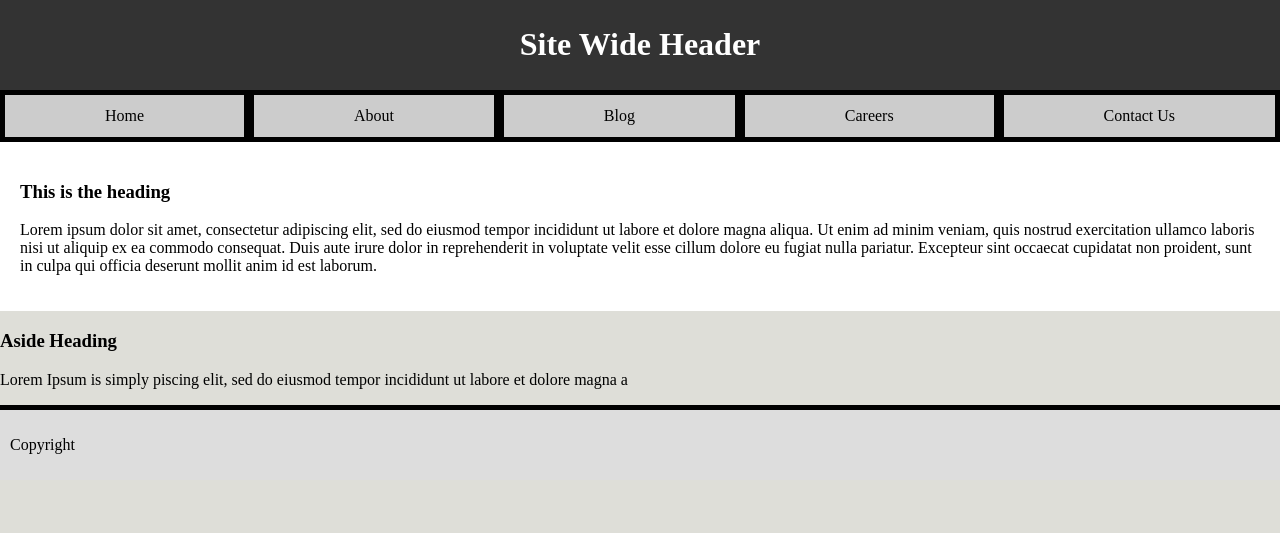
Repository: ayeza-baseer/AssignmentFlexbox
Page: assignment.html
An editor plug-in stored every save of this project. The page is shown before and after the next save, followed by the edit.
The browser window is 1280 px wide. The pictures show the whole page.

Above is the page before, as saved 2023-03-17 16:05:46.

After the next save:
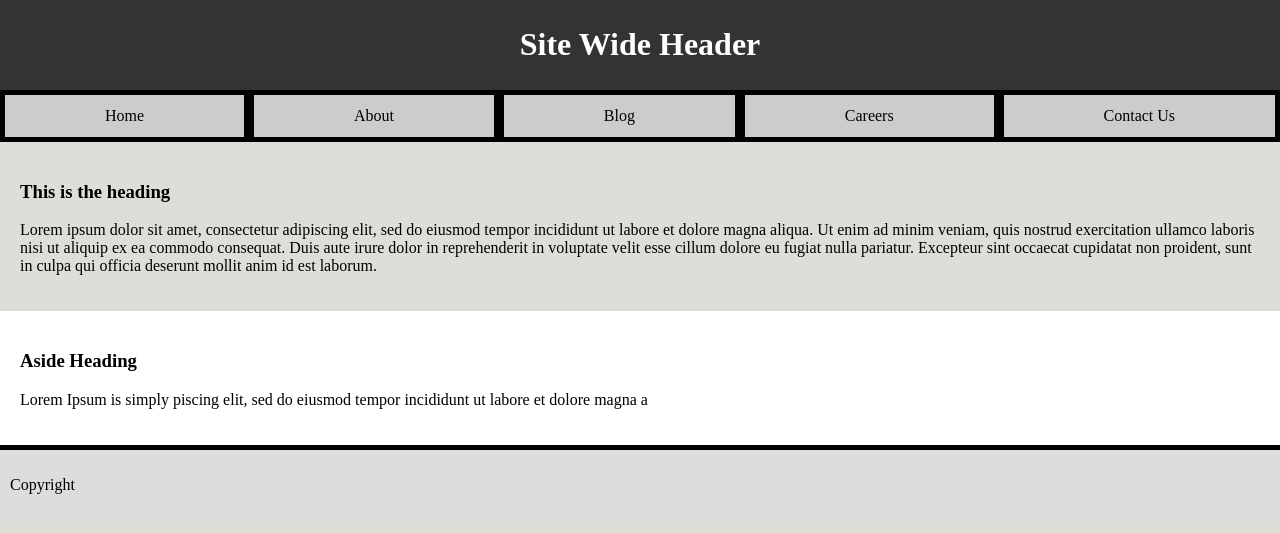
Saved 6 s later.
--- a/assignment.css
+++ b/assignment.css
@@ -35,24 +35,23 @@ body {
 }
 
 .row {
-    display: flex;
-    flex-wrap: wrap;
-  }
+  display: flex;
+  flex-wrap:wrap;
+  width: 100%;
+}
 
-  /* Create two unequal columns that sits next to each other */
-  /* Sidebar/left column */
-  .side {
-    flex: 30%;
-    background-color: #f1f1f1;
-    padding: 20px;
-  }
+.row > .aside {
+  flex: 1 1 30%;
+  background-color: white;
 
-  /* Main column */
-  .main {
-    flex: 70%;
-    background-color: white;
-    padding: 20px;
-  }
+  padding: 20px;
+}
+
+/* Main column */
+.row >.main {
+  flex:1 1 70%;
+  padding: 20px;
+}
 
 .footer {
 
